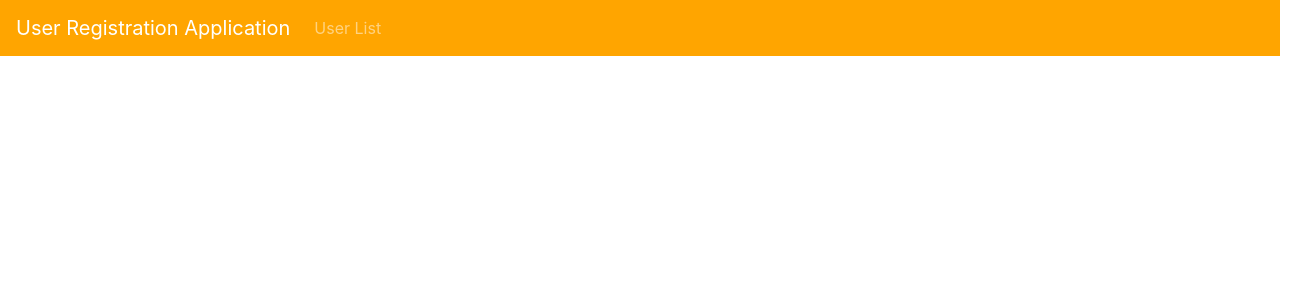
Repository: Malli120391/UserRegistrationSystemCrud
Page: http://localhost/UserRegistrationSystem/userlist.jsp
These files come from the project's save history. The page is drawn as it stood at one moment and after the next save; the edit follows.
The browser window is 1280 px wide. The page is 1280 px wide, then 1295 px, so the pictures cover 1295 px, including what lies to the right of the window. The pictures show the whole page.
The page is served by Tomcat 9. Other server files are loaded and not shown.

Above is the page before, as saved 2020-12-26 14:44:10.

### UserRegistrationSystem/WebContent/userlist.jsp
<%@ page language="java" contentType="text/html; charset=ISO-8859-1"
    pageEncoding="ISO-8859-1"%>
<!DOCTYPE html>
<html>
<head>
<meta charset="ISO-8859-1">
<title>User Registration Application</title>
     <link rel="stylesheet"
      href="https://stackpath.bootstrapcdn.com/bootstrap/4.3.1/css/bootstrap.min.css"
      integrity="sha384-ggOyR0iXCbMQv3Xipma34MD+dH/1fQ784/j6cY/iJTQUOhcWr7x9JvoRxT2MZw1T"
       crossorigin="anonymous">
</head>
<body>

    <header>

         <nav class="navbar navbar-expand-md navbar-dark" style="background-color: orange">

         <div>
         <a href="http://www.xadmin.net" class="navbar-brand">User
         Registration Application</a>
         </div>

          <ul class="navbar-nav">
          <li><a href="<%=request.getContextPath()%>/list" class="nav-link">User List</a></li>
          </ul>

         </nav>

    </header>
    <br>

    <div class="row">


    </div>

</body>
</html>

After the next save:
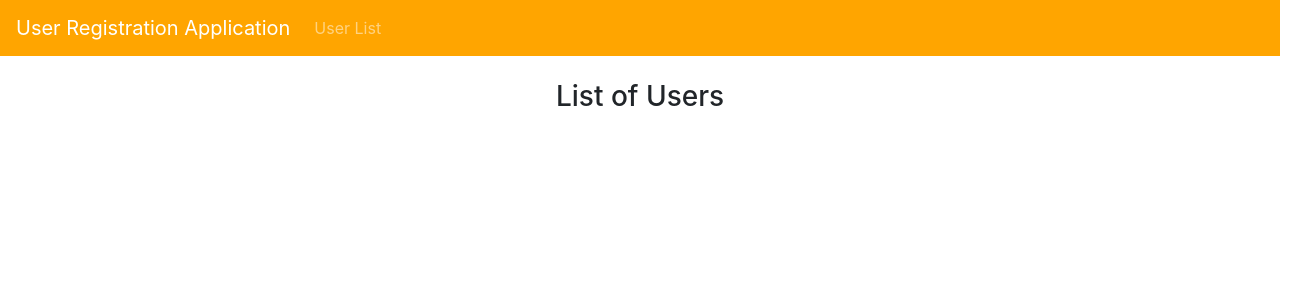
Saved 2 min 22 s later.
--- a/UserRegistrationSystem/WebContent/userlist.jsp
+++ b/UserRegistrationSystem/WebContent/userlist.jsp
@@ -31,7 +31,9 @@
     <br>
 
     <div class="row">
-
+      <div class="container">
+       <h3 class="text-center">List of Users</h3>
+      </div>
 
     </div>
 
